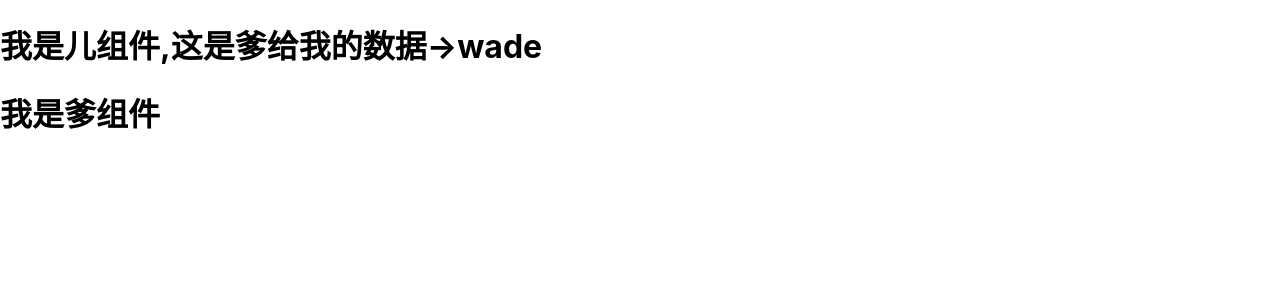
Repository: ZhangCoder0812/zf-react-project
Page: /
The author's editor kept a copy of each file at every save. The page is drawn from the files as they stood at one save, then again after the next save.
The browser window is 1280 px wide. The pictures show the whole page.
The project was rebuilt for these pictures with package versions that can differ from the ones it lists, and the page was loaded fresh each time.

Above is the page before, as saved 2021-05-17 10:56:29.

### src/index.js
import React from "react";
import ReactDOM from "react-dom";
import "./index.css";
import App from "./App";

ReactDOM.render(
    <App className="我是父组件传的值" />, // 严格模式可能会导致多次渲染
    // <React.StrictMode>
    //   <App />
    // </React.StrictMode>,
    document.getElementById("root")
);

### src/App.js
import React from "react";
import Child from "./child";

class App extends React.Component {
    state = {
        name: "wade",
    };
    render() {
        let { name } = this.state;
        return (
            <div>
                <Child data={name} />
                <h1>我是爹组件</h1>
            </div>
        );
    }
}

export default App;

### src/child.js
import React from "react";

function child(props) {
    // props 父组件传的数据
    let { data } = props;
    return (
        <div>
            <h1>我是儿组件,这是爹给我的数据->{data}</h1>
        </div>
    );
}

export default child;

Loaded but not shown: public/index.html (common file); src/index.css (common file)

After the next save:
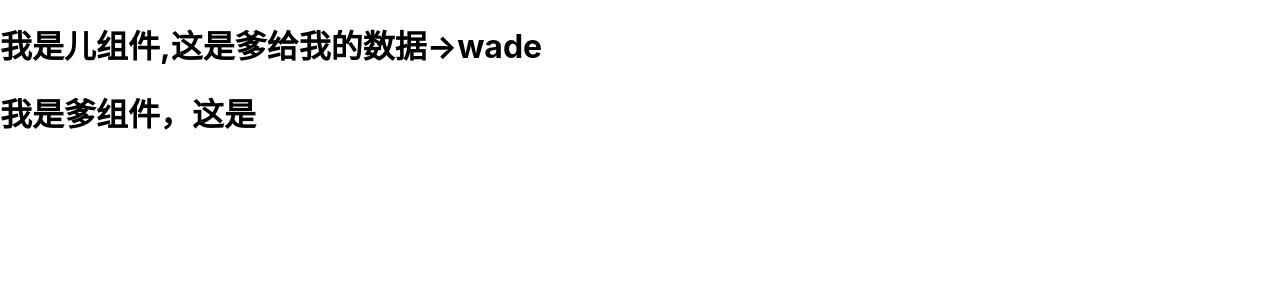
Saved 13 s later.
--- a/src/App.js
+++ b/src/App.js
@@ -10,7 +10,7 @@ class App extends React.Component {
         return (
             <div>
                 <Child data={name} />
-                <h1>我是爹组件</h1>
+                <h1>我是爹组件，这是</h1>
             </div>
         );
     }
